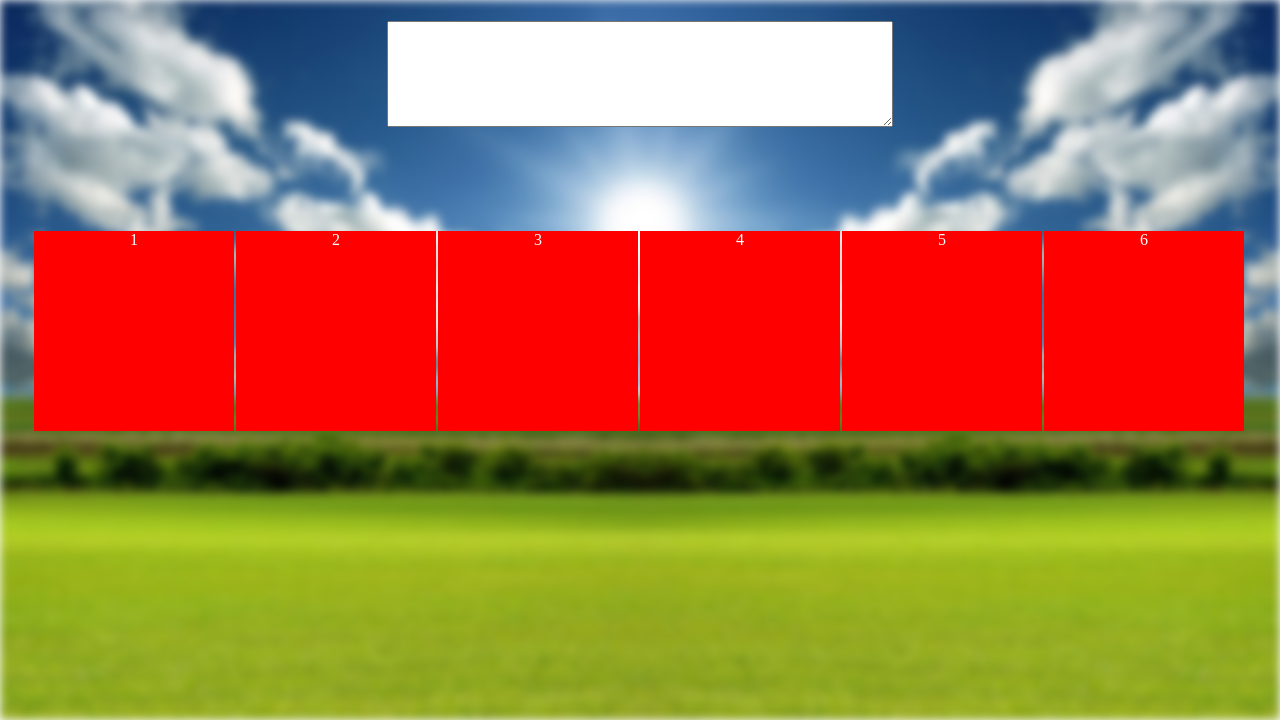
Repository: RyoTTa/4-1-Web-Programming
Page: SoloProject/Project/WebContent/index.html
These files come from the project's save history. The page is drawn as it stood at one moment and after the next save; the edit follows.
The browser window is 1280 px wide. The pictures show the whole page.
The page's requests for data from a server got no answer.

Above is the page before, as saved 2020-05-05 14:54:13.

After the next save:
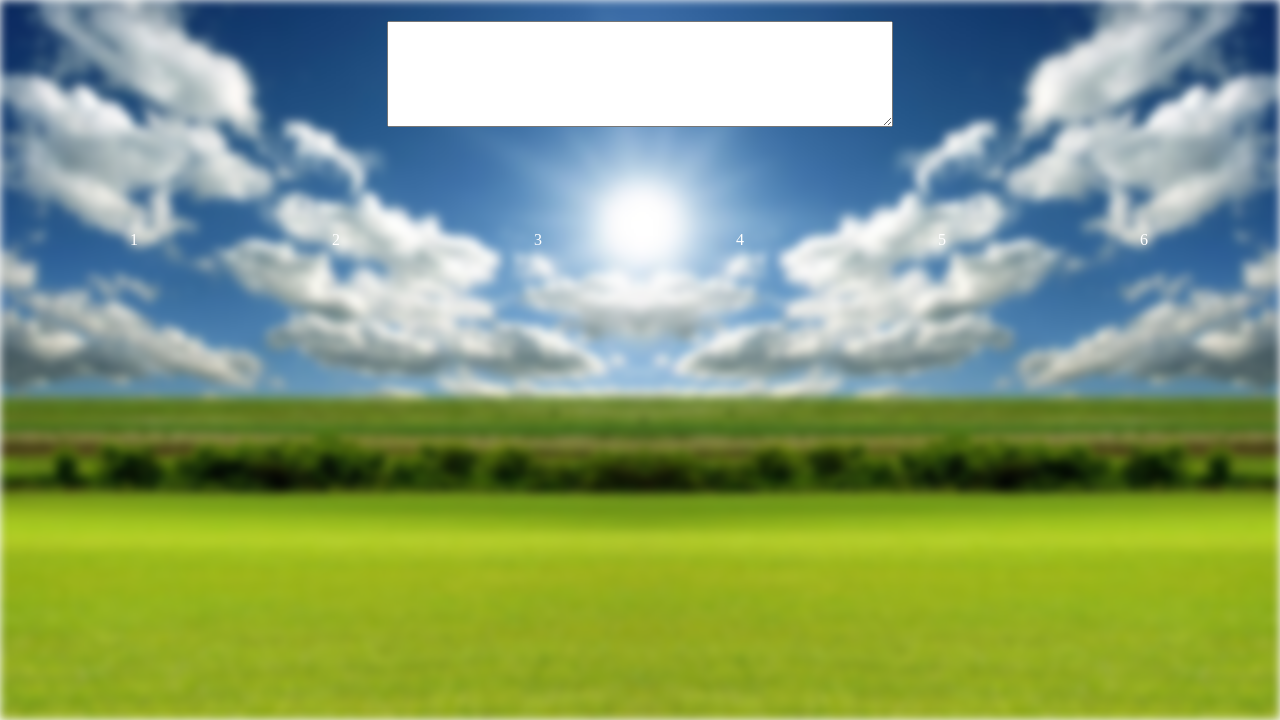
Saved 9 s later.
--- a/SoloProject/Project/WebContent/background.css
+++ b/SoloProject/Project/WebContent/background.css
@@ -32,7 +32,6 @@ body::before {
 .box{
 	width : 200px;
 	height : 200px;
-	background: #f00;
 	color: #fff;
 	text-align:center;
 	float:left;
